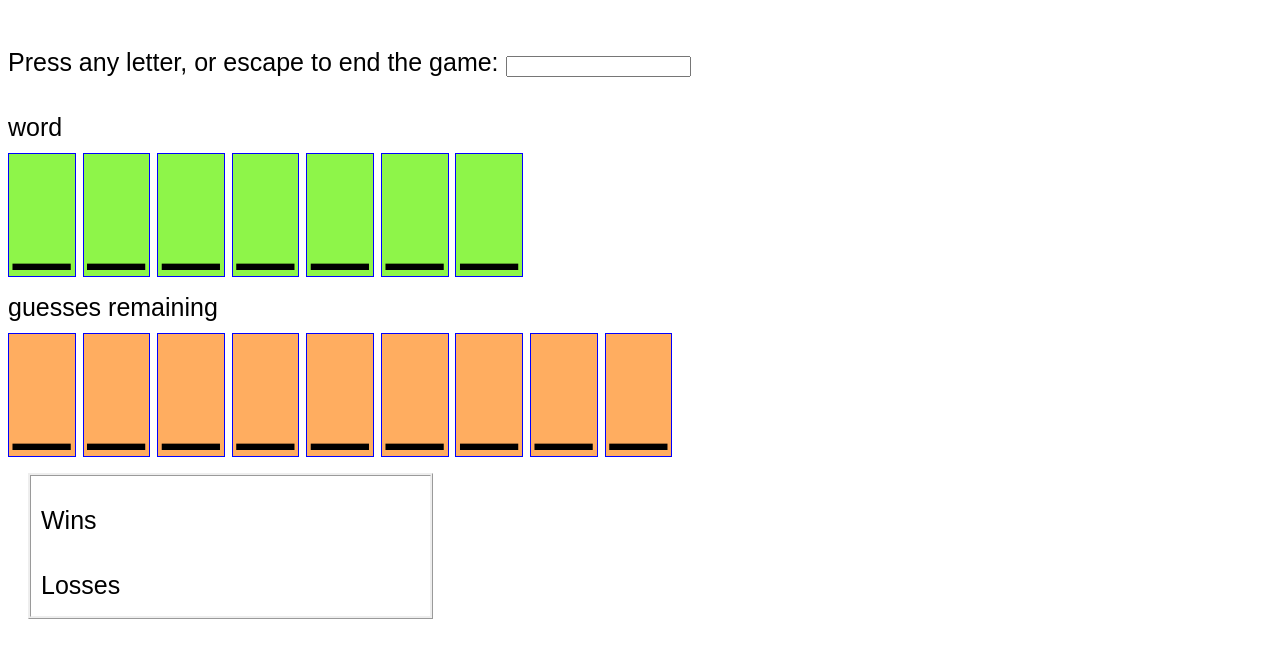
Repository: dsaftler/JavaScript
Page: index.html
The author's editor kept a copy of each file at every save. The page is drawn from the files as they stood at one save, then again after the next save.
The browser window is 1280 px wide. The pictures show the whole page.

Above is the page before, as saved 2019-03-30 01:21:51.
Console error: SyntaxError: Unexpected token '<'

### index.html
<!DOCTYPE html>
<html lang="en">
<head>
  <meta charset="UTF-8">
  <meta name="viewport" content="width=device-width, initial-scale=1.0">
  <meta http-equiv="X-UA-Compatible" content="ie=edge">
  <link href="https://fonts.googleapis.com/css?family=Ubuntu+Mono" rel="stylesheet">
  <link rel="stylesheet" href="assets\css\style.css">

  <title>JavaScript Hangman Game</title>
</head>
<body>
    <div class="container showtext">
        <div class="instructions showtext">Press any letter, or escape to end the game:
          <input type="text" id="getKeyPress" onkeyup="getUserGuess()">
        </div>
        <div class="word showtext">word</div>
         <div class="letter match" id="chr_0">_</div>
         <div class="letter match" id="chr_1">_</div>
         <div class="letter match" id="chr_2">_</div>
         <div class="letter match" id="chr_3">_</div>
         <div class="letter match" id="chr_4">_</div>
         <div class="letter match" id="chr_5">_</div>
         <div class="letter match" id="chr_6">_</div>


        <div class="guesses showtext" id="showRemaining">guesses remaining </div>

        <div class="letter guessed" id="guess_0">_</div>
        <div class="letter guessed" id="guess_1">_</div>
        <div class="letter guessed" id="guess_2">_</div>
        <div class="letter guessed" id="guess_3">_</div>
        <div class="letter guessed" id="guess_4">_</div>
        <div class="letter guessed" id="guess_5">_</div>
        <div class="letter guessed" id="guess_6">_</div>
        <div class="letter guessed" id="guess_7">_</div>
        <div class="letter guessed" id="guess_8">_</div>


      <div class="score">
      <div class="showtext" id="showWins">Wins</div>
      <div class="showtext" id="showLosses">Losses</div>
      </div>
      </div>

      <script type="text/javascript" src="assets/javascript/game.js"></script>


</body>
</html>

### assets/css/style.css
body {font-family: 'Ubuntu', sans-serif;
font-weight: 400}
.showtext {height:35px;
padding: 20px 0 10px;
font-size: 25px;}
.letter {font-size: 100px;
  display: inline;
  padding: 5px;}
.match {
  border: 1px solid blue;
  background-color: rgb(142, 245, 73)}
.guessed {
  font-weight: 100;
  border: 1px solid blue;
  background-color: rgb(255, 173, 96)}
.score{
  margin-top: 20px;
  margin-left: 20px;
  padding:10px;
  height:120px;
  width: 30%;
  border-style: ridge}

### assets/javascript/game.js
<script></script>
// Variables
var  wordArr = ["unicorn","griffin","dragon","mermaid","centaur","pegasus"];
// for (var i=0; i<wordArr.length; i++){
//   console.log(wordArr[i]);
// }
var cntWins,
  curCntGuess,
  ltr_0,
  ltr_1,
  ltr_2,
  ltr_3,
  ltr_4,
  ltr_5,
  ltr_6;

 var ltrTried_0,
  ltrTried_1,
  ltrTried_2,
  ltrTried_3,
  ltrTried_4,
  ltrTried_5,
  ltrTried_6,
  ltrTried_7,
  ltrTried_8,
  ltrTried_9 ;
var  cntWins=0;
var userGuess;
// within the game
// while wordArr.length>0

 var curPtr=0, curCntGuess = 0;
 var curLetter="",curWord="";
// curPtr= .... select a random word
//curWordArr = array the word at that index
for (var i=0; i<curWord.length; i++){
  // console.log(thisWord.charAt([i]));
  //fruits.push("Kiwi")
  curWordArr.push(curWord.charAt([i]));
}
// intialize badGuess as empy array
var badGuess = [], curWordArr=[];
// whil curCntGuess < 10
 // get a keypress to curLetter
 // if escape, exit

 // increment curCntGuess
 curCntGuess++
//See if that letter was already chosen by parsing badGuess
for (var j=0; j<badGuess.length; j++);
  // alert?  maybe make that letter change color?
//  else

    // for every letter in curWord, see if that letter exists at that index  charAt(index)
    // if so, pop that into correct index in curWordArr
    // for (var i=0; i<curWordArr.length; i++){
    // if index [i]is is blank
      //curWordArr[i]=curLetter
      //set getElementId for that index (see if I can create a variable "ltr_"+(toString([i]))
      // now compare the word in curWordArr with curWord
      // ===
      // Alert :You Won
      // show image
      // "cntWins"
      // remove that word from the array wordARR

    //else
       // restart the game

 // else
    // pop that letter into the badGuess array
    // push content for ltrTried ids

function getUserGuess() {
  var userGuess= ddocument.getElementById("getKeyPress")
  userGuess=userGuess.toLowerCase();


  }



function getRandomPtr(max) {
      return Math.floor(Math.random() * Math.floor(max));
      // this will return 0 through max-1
}
function getRandomInt(max) {
  return getRandomPtr(max)+1
  // this will return 1 through max
}

After the next save:
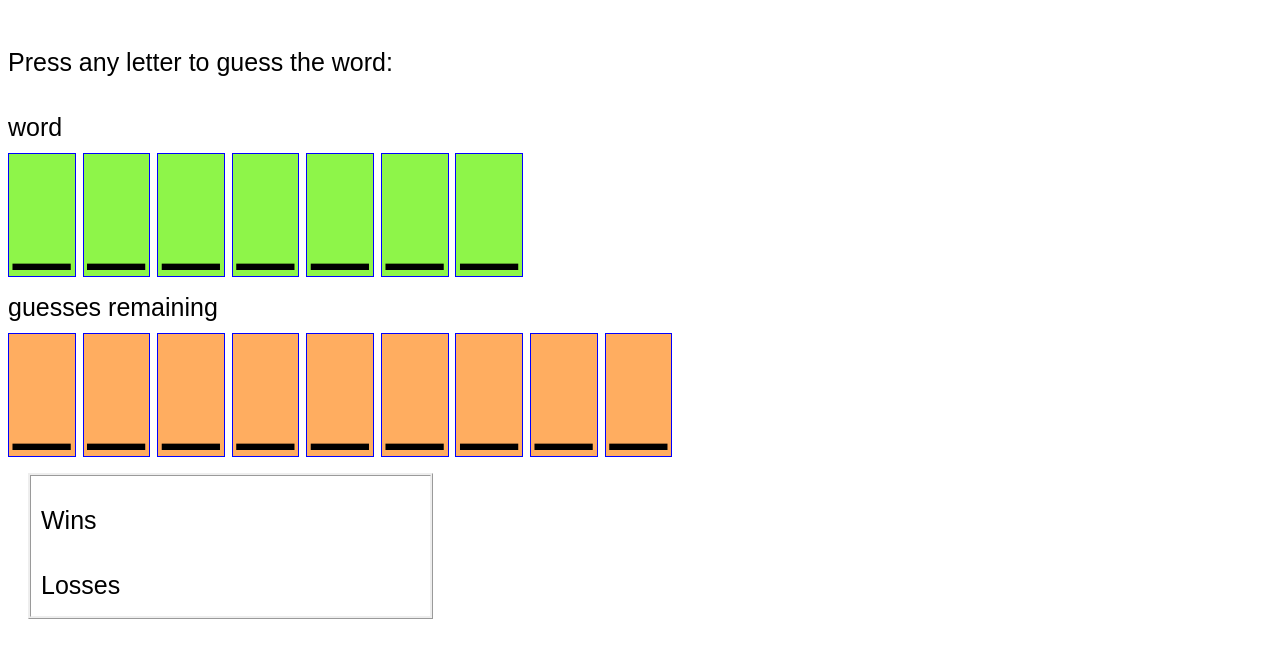
Saved 12 h 18 min later.
--- a/index.html
+++ b/index.html
@@ -11,8 +11,8 @@
 </head>
 <body>
     <div class="container showtext">
-        <div class="instructions showtext">Press any letter, or escape to end the game:
-          <input type="text" id="getKeyPress" onkeyup="getUserGuess()">
+        <div class="instructions showtext">Press any letter to guess the word:
+
         </div>
         <div class="word showtext">word</div>
          <div class="letter match" id="chr_0">_</div>
@@ -41,9 +41,9 @@
       <div class="showtext" id="showWins">Wins</div>
       <div class="showtext" id="showLosses">Losses</div>
       </div>
-      </div>
+    </div>
 
-      <script type="text/javascript" src="assets/javascript/game.js"></script>
+    <script type="text/javascript" src="assets/javascript/game.js"></script>
 
 
 </body>
